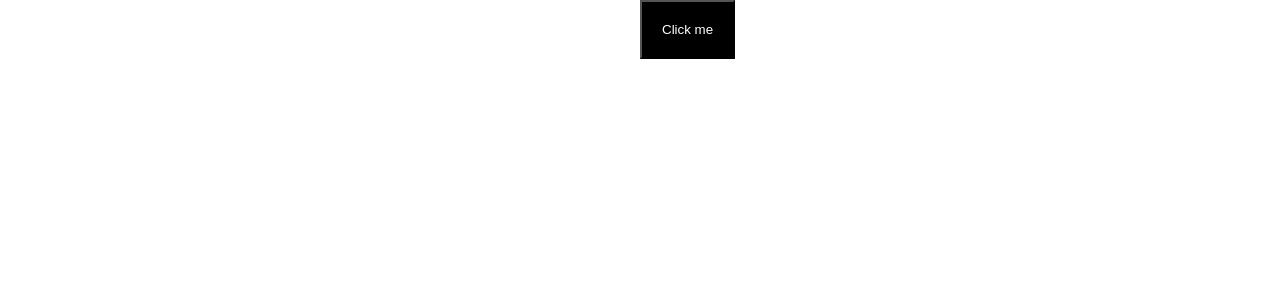
Repository: codysun1912/code
Page: / (app in react-webpack/tiktok/)
These files come from the project's save history. The page is drawn as it stood at one moment and after the next save; the edit follows.
The browser window is 1280 px wide. The pictures show the whole page.
The project was rebuilt for these pictures with package versions that can differ from the ones it lists, and the page was loaded fresh each time.

Above is the page before, as saved 2022-03-18 13:54:32.

### react-webpack/tiktok/src/App.js
import Button from "./components/Button"
import GlobalStyles from "./components/GlobalStyles"


function App() {

    return(
        <GlobalStyles>
         <div>
         <Button/>
         </div>
        </GlobalStyles>
    )

}
export default App

### react-webpack/tiktok/src/components/button.js
import Styles from "./Button.module.css"
import clsx from "clsx"
function Button({primary}){
    const classes = clsx(Styles.btn,{
        [Styles.primary] : primary
    })
    return(

            <button className = {classes}> Click me </button>

    )
}
export default Button

### react-webpack/tiktok/src/components/GlobalStyles.js
import Button from "./Button"


function GlobalStyles(){
    return (
        <div>
           <Button primary/>
        </div>
    )
}
export default GlobalStyles

### react-webpack/tiktok/src/components/Button.module.css
.btn{
    padding: 20px;
    margin-left: 50%;
}
.primary {
    background-color: black;
    color:white;
}

Loaded but not shown: react-webpack/tiktok/public/index.html (common file); react-webpack/tiktok/src/index.js (common file); react-webpack/tiktok/src/index.css (common file); react-webpack/tiktok/src/reportWebVitals.js (common file)

After the next save:
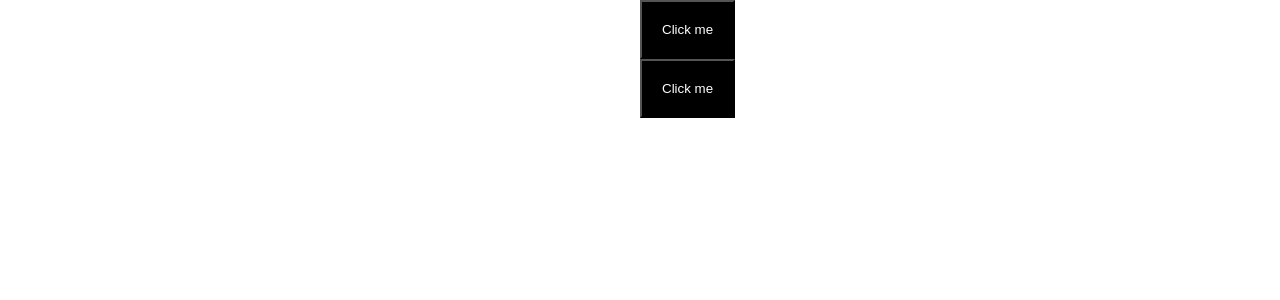
Saved 57 s later.
--- a/react-webpack/tiktok/src/components/GlobalStyles.js
+++ b/react-webpack/tiktok/src/components/GlobalStyles.js
@@ -5,6 +5,7 @@ function GlobalStyles(){
     return (
         <div>
            <Button primary/>
+           <Button primary/>
         </div>
     )
 }
